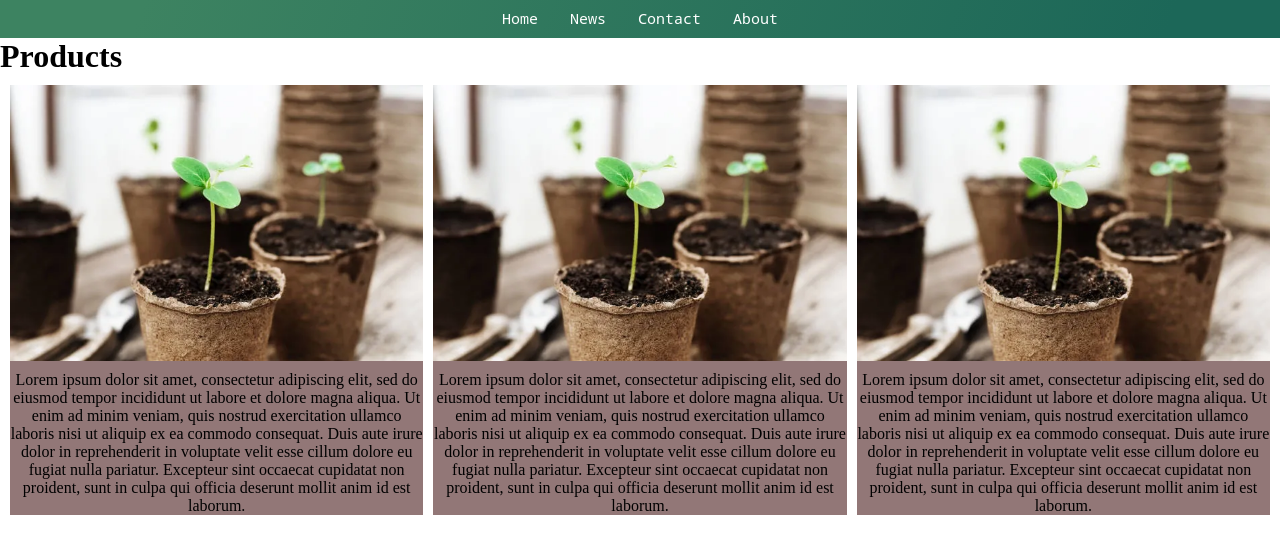
Repository: Flexo874/ISITECH-HTML-CSS
Page: index.html
These files come from the project's save history. The page is drawn as it stood at one moment and after the next save; the edit follows.
The browser window is 1280 px wide. The pictures show the whole page.

Above is the page before, as saved 2024-01-02 12:30:37.

After the next save:
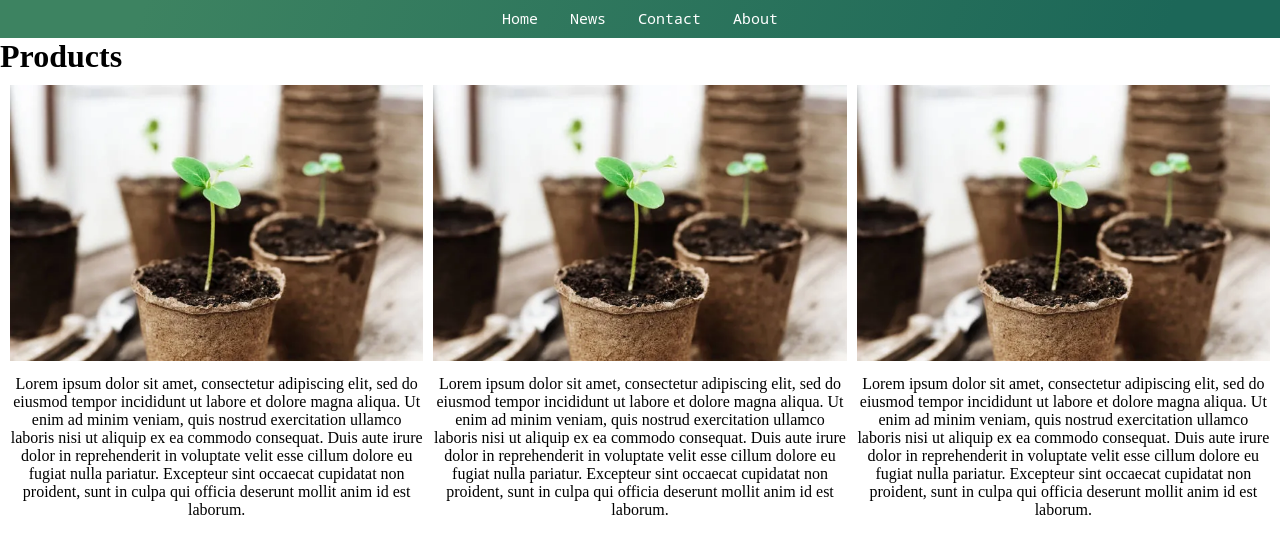
Saved 61 s later.
--- a/style.css
+++ b/style.css
@@ -42,10 +42,10 @@ li a:hover {
     grid-auto-rows: minmax(300px, auto);
     gap: 10px;
     padding: 10px;
-    border-radius: 100px;
+
 }
 
-.item {
+.item a {
     background-color: #927777;
     display: flex;
     flex-direction: column;

After the save that followed:
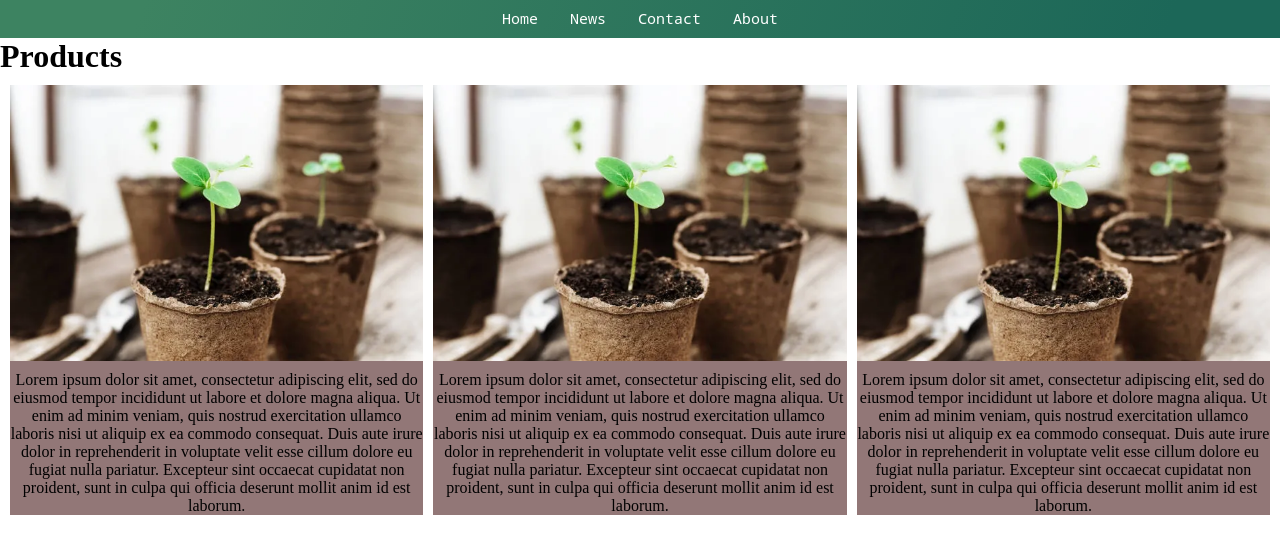
Saved 1 s later.
--- a/index.html
+++ b/index.html
@@ -15,18 +15,23 @@
     <h1> Products</h1>
     <div class="container">
         <div class="item">
+            <a>
             <img src="images/semis-prêt-à-être-planté-dans-le-jardin.webp" alt="Logo">
             <p>Lorem ipsum dolor sit amet, consectetur adipiscing elit, sed do eiusmod tempor incididunt ut labore et dolore magna aliqua. Ut enim ad minim veniam, quis nostrud exercitation ullamco laboris nisi ut aliquip ex ea commodo consequat. Duis aute irure dolor in reprehenderit in voluptate velit esse cillum dolore eu fugiat nulla pariatur. Excepteur sint occaecat cupidatat non proident, sunt in culpa qui officia deserunt mollit anim id est laborum.</p>
+            </a>
         </div>
         <div class="item">
+            <a>
             <img src="images/semis-prêt-à-être-planté-dans-le-jardin.webp" alt="Logo">
             <p>Lorem ipsum dolor sit amet, consectetur adipiscing elit, sed do eiusmod tempor incididunt ut labore et dolore magna aliqua. Ut enim ad minim veniam, quis nostrud exercitation ullamco laboris nisi ut aliquip ex ea commodo consequat. Duis aute irure dolor in reprehenderit in voluptate velit esse cillum dolore eu fugiat nulla pariatur. Excepteur sint occaecat cupidatat non proident, sunt in culpa qui officia deserunt mollit anim id est laborum.</p>
+            </a>
         </div>
         <div class="item">
+            <a>
             <img src="images/semis-prêt-à-être-planté-dans-le-jardin.webp" alt="Logo">
             <p>Lorem ipsum dolor sit amet, consectetur adipiscing elit, sed do eiusmod tempor incididunt ut labore et dolore magna aliqua. Ut enim ad minim veniam, quis nostrud exercitation ullamco laboris nisi ut aliquip ex ea commodo consequat. Duis aute irure dolor in reprehenderit in voluptate velit esse cillum dolore eu fugiat nulla pariatur. Excepteur sint occaecat cupidatat non proident, sunt in culpa qui officia deserunt mollit anim id est laborum.</p>
+            </a>
         </div>
-
     </div>
 
 
